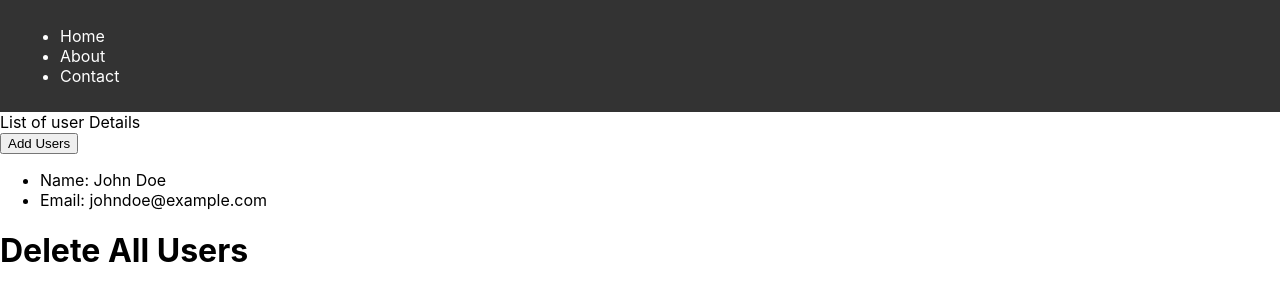
Repository: Gulzarokz/React_Course_Review
Page: / (app in reduxtoolkit/)
An editor plug-in stored every save of this project. The page is shown before and after the next save, followed by the edit.
The browser window is 1280 px wide. The pictures show the whole page.
The project was rebuilt for these pictures with package versions that can differ from the ones it lists, and the page was loaded fresh each time. Also part of the build but not shown: reduxtoolkit/src/App.css.

Above is the page before, as saved 2026-05-15 10:15:44.

### reduxtoolkit/src/App.js
import logo from './logo.svg';
import './App.css';
import Navbar from './components/Navbar';

function App() {
  return (
    <>
      <Navbar />
    </>
  );
}

export default App;

### reduxtoolkit/src/components/Navbar.jsx
import React from 'react'
import './navbar.css'
import UserDetails from './UserDetails'

const Navbar = () => {
    return (
        <>
            <div className="navbar">
                <ul className="navbar-list">
                    <li>Home</li>
                    <li>About</li>
                    <li>Contact</li>
                </ul>
            </div>
            <UserDetails />
        </>
    )
}

export default Navbar

### reduxtoolkit/src/components/navbar.css
.navbar {
    display: flex;
    justify-content: space-between;
    align-items: center;
    padding: 10px 20px;
    background-color: #333;
    color: white;
}

### reduxtoolkit/src/components/UserDetails.jsx
import React from 'react'
import DeleteALLUser from './DeleteALLUser'

const UserDetails = () => {
    return (
        <>
            <div className="content">
                <div className="user-details">
                    <div className="Heading">List of user Details</div>
                    <button className="">Add Users</button>
                </div>
                <ul>
                    <li>Name: John Doe</li>
                    <li>Email: johndoe@example.com</li>
                </ul>

            </div>
            <DeleteALLUser />
        </>
    )
}

export default UserDetails

### reduxtoolkit/src/components/DeleteALLUser.jsx
import React from 'react'

const DeleteALLUser = () => {
    return (
        <>
            <h1>Delete All Users</h1>
        </>
    )
}

export default DeleteALLUser

Loaded but not shown: reduxtoolkit/public/index.html (common file); reduxtoolkit/src/index.js (common file); reduxtoolkit/src/index.css (common file); reduxtoolkit/src/reportWebVitals.js (common file)

After the next save:
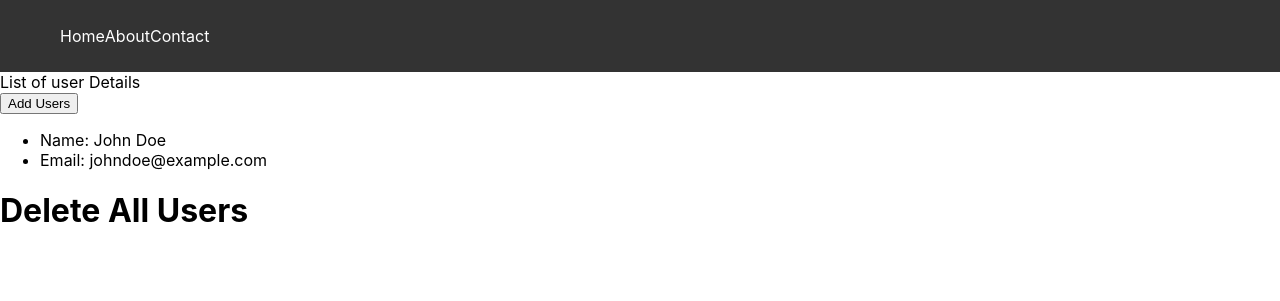
Saved 62 s later.
--- a/reduxtoolkit/src/components/navbar.css
+++ b/reduxtoolkit/src/components/navbar.css
@@ -6,3 +6,8 @@
     background-color: #333;
     color: white;
 }
+
+.navbar-list {
+    display: flex;
+    list-style: none;
+}
